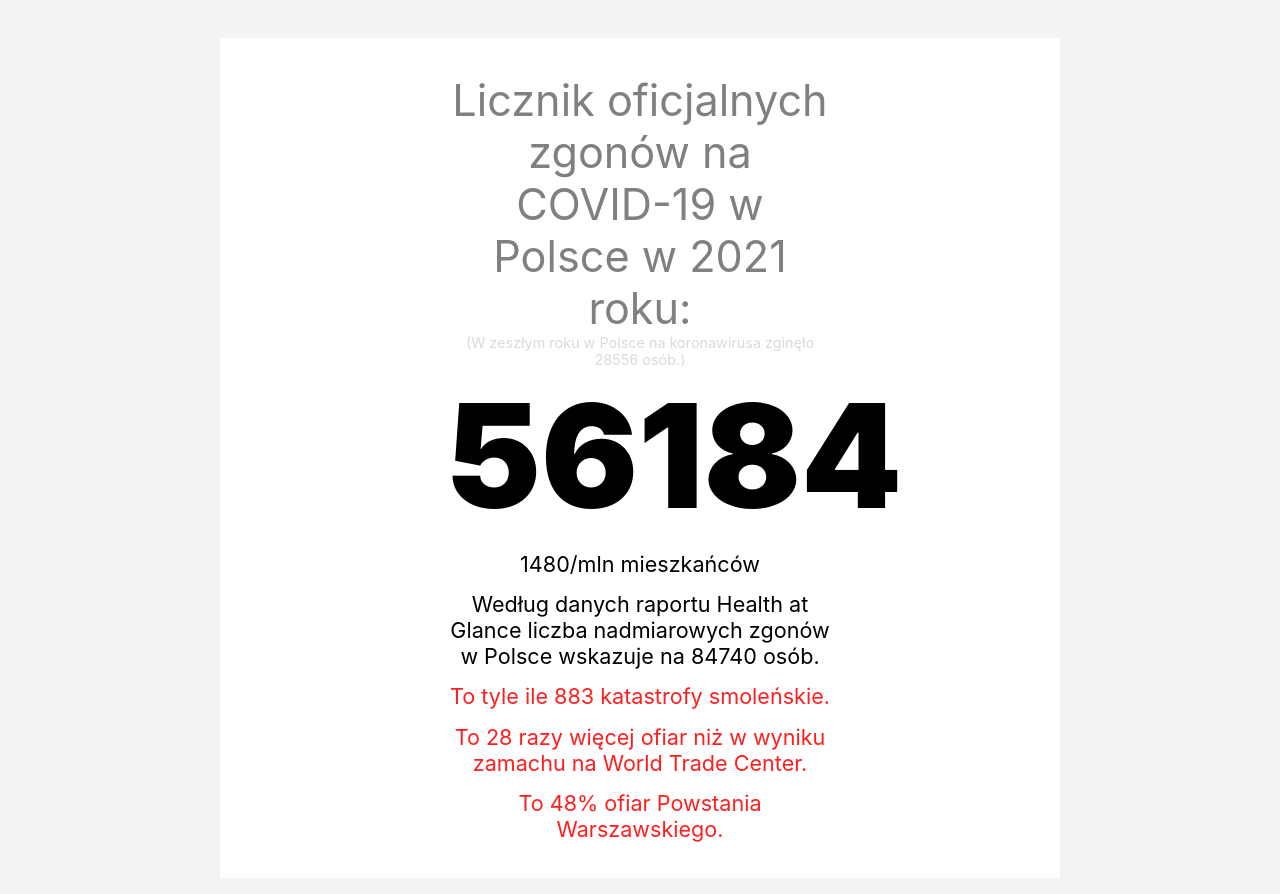
Repository: michalgornicki/poland-covid
Page: /
These files come from the project's save history. The page is drawn as it stood at one moment and after a run of saves; the edit follows.
The browser window is 1280 px wide. The pictures show the whole page.
The project was rebuilt for these pictures with package versions that can differ from the ones it lists, and the page was loaded fresh each time.

Above is the page before, as saved 2021-12-04 21:08:45.

After the next 2 saves:
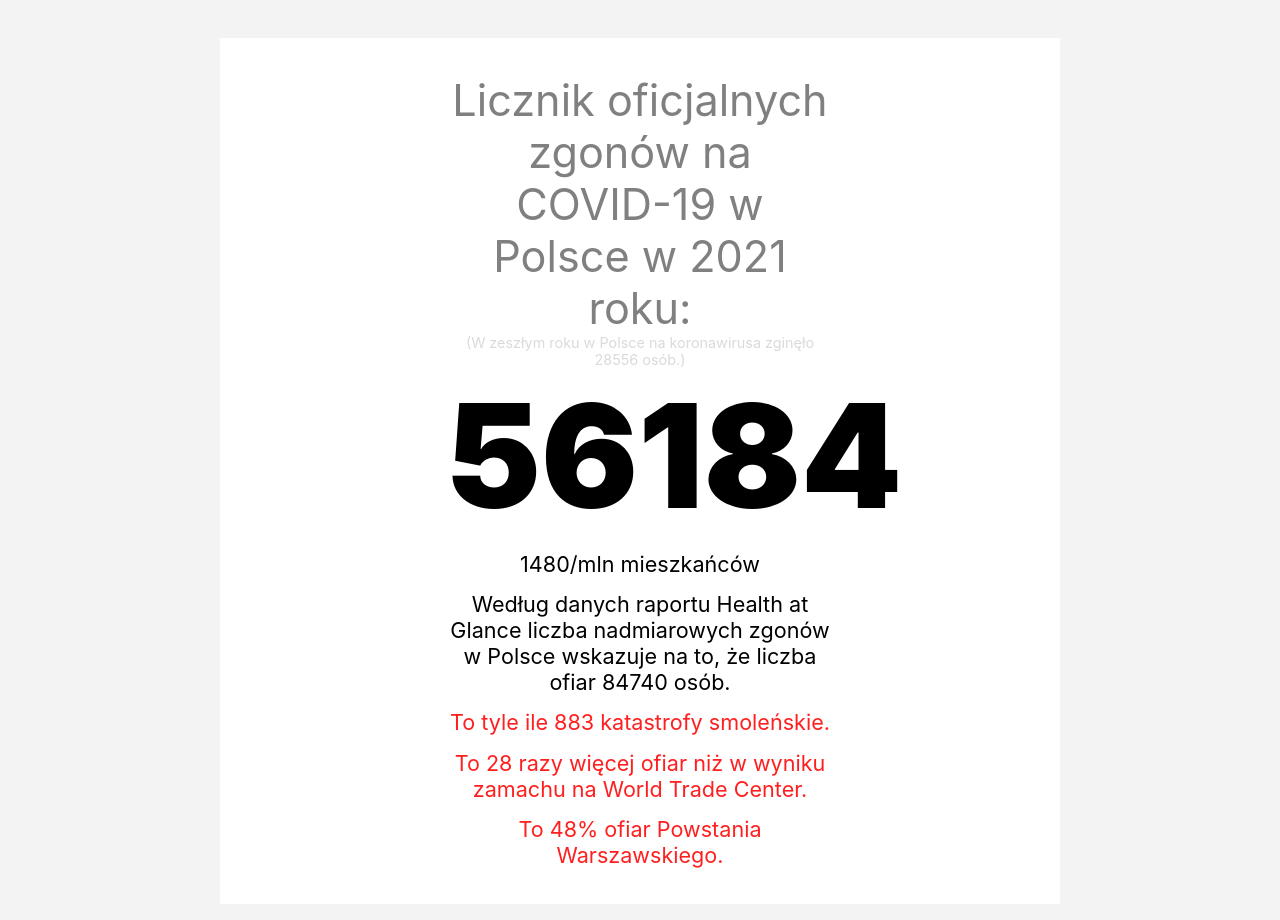
The 2 saves are shown as one change because they came seconds apart.
The last was saved 6 s later.
--- a/src/App.jsx
+++ b/src/App.jsx
@@ -22,7 +22,7 @@ function App() {
     document.getElementsByClassName("counter-3")[0].innerHTML =
       "Łącznie na Covid-19 zginęło w Polsce już " + (deaths + 28556) + " osób.";
       document.getElementsByClassName("counter-3")[0].innerHTML =
-      "Według danych raportu Health at Glance liczba nadmiarowych zgonów w Polsce wskazuje na " + (deaths + 28556) + " osób.";
+      "Według danych raportu Health at Glance liczba nadmiarowych zgonów w Polsce wskazuje na to, że liczba ofiar " + (deaths + 28556) + " osób.";
     document.getElementsByClassName("counter-4")[0].innerHTML =
       "To tyle ile " + smolensk + " katastrofy smoleńskie.";
       document.getElementsByClassName("counter-4")[1].innerHTML =
